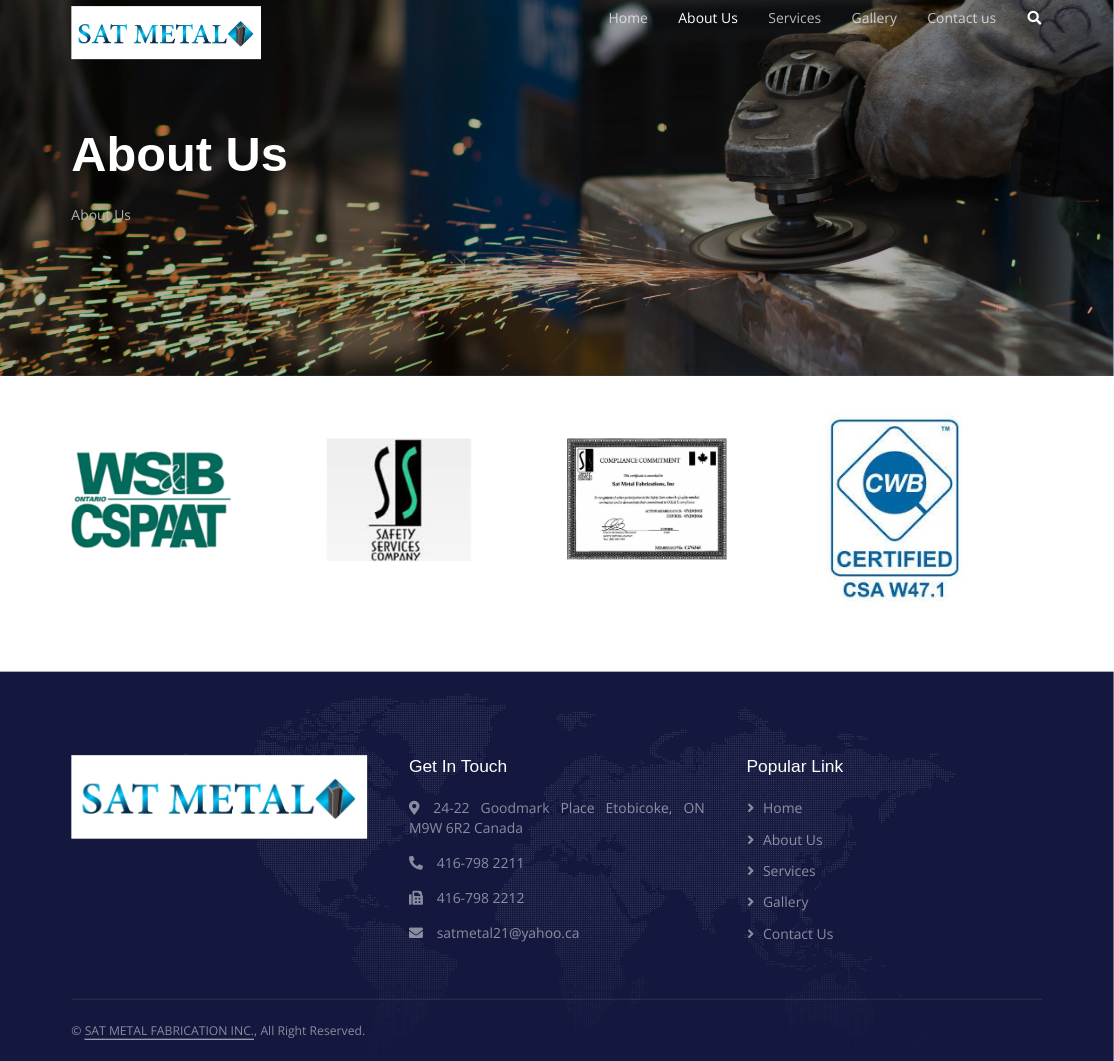
Repository: dzyte-services/satmetal
Page: http://localhost/about.php
The author's editor kept a copy of each file at every save. The page is drawn from the files as they stood at one save, then again after the next save.
The browser window is 1280 px wide. The pictures show the whole page, at 87% of full size.
Some web fonts or font styles are not loaded; a fallback is used. Some web libraries are served in a nearby version. The page is run by PHP 8.4 with error messages shown; the project is at /var/www/html/.

Above is the page before, as saved 2023-11-08 17:52:32.

After the next save:
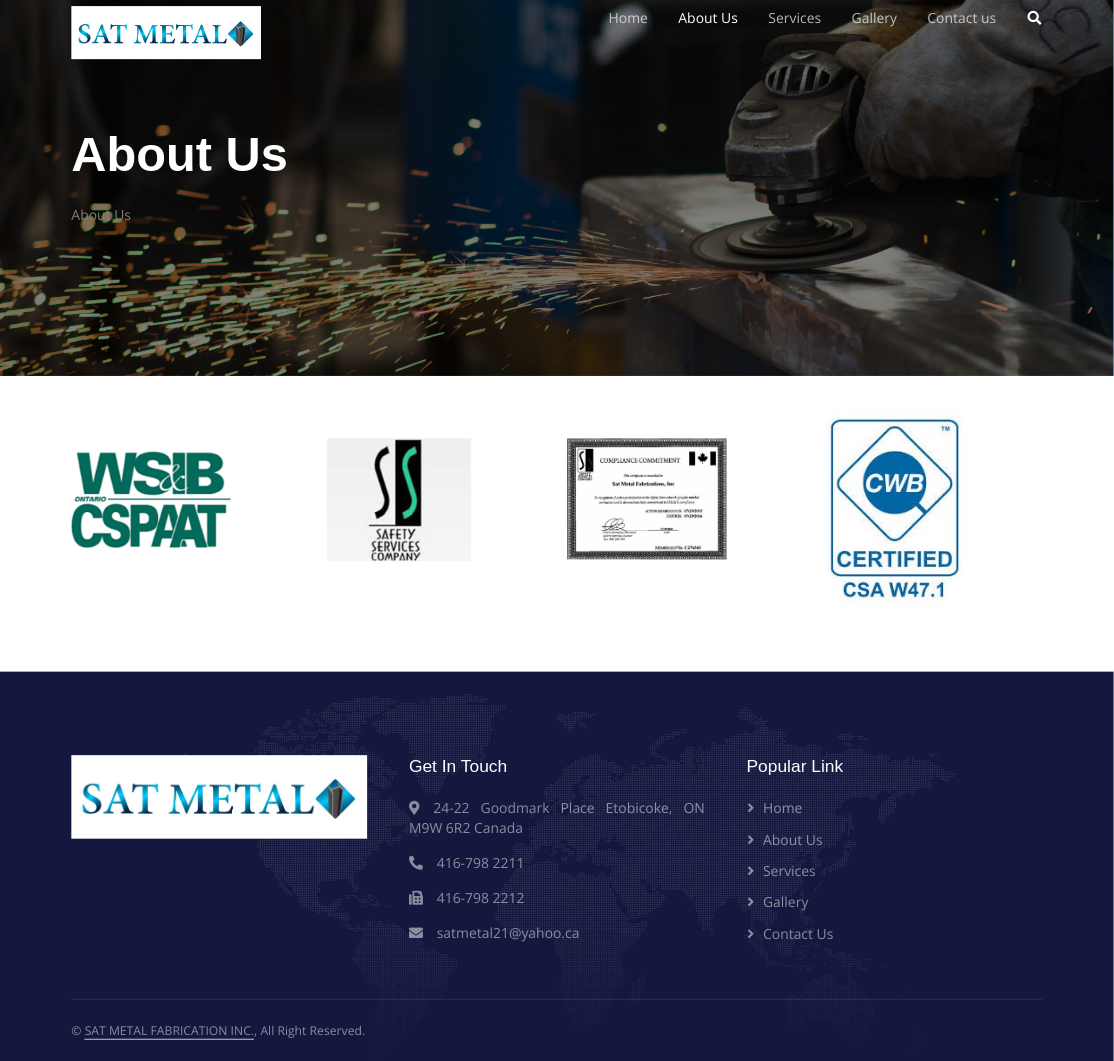
Saved 6 s later.
--- a/css/style.css
+++ b/css/style.css
@@ -162,7 +162,7 @@
     left: 0;
     width: 100%;
     height: 100%;
-    background: rgba(0, 0, 0, 0.3); /* Adjust the opacity as needed (0.5 for 50% opacity) */
+    background: rgba(0, 0, 0, 0.5); /* Adjust the opacity as needed (0.5 for 50% opacity) */
 }
 
 .hero-header .breadcrumb-item+.breadcrumb-item::before {
